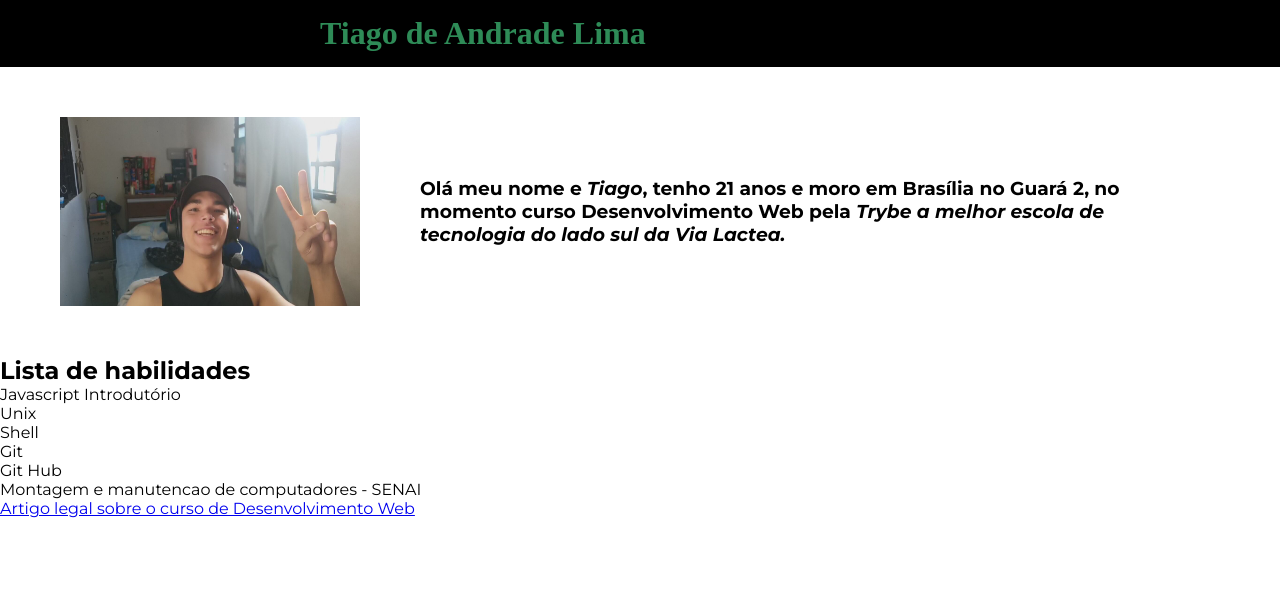
Repository: Batatiago/Batatiago.github.io
Page: index.html
An editor plug-in stored every save of this project. The page is shown before and after the next save, followed by the edit.
The browser window is 1280 px wide. The pictures show the whole page.

Above is the page before, as saved 2023-06-29 11:28:56.

### index.html
<!DOCTYPE html>
<html lang="pt-br">

<head>
  <meta charset="UTF-8">
  <title>Tiago de Andrade Lima</title>
  <link rel="preconnect" href="https://fonts.googleapis.com">
  <link rel="preconnect" href="https://fonts.gstatic.com" crossorigin>
  <link
    href="https://fonts.googleapis.com/css2?family=Montserrat:ital,wght@0,100;0,200;0,300;0,400;0,500;0,600;0,700;0,800;0,900;1,100;1,200;1,300;1,400;1,500;1,600;1,700;1,800;1,900&display=swap"
    rel="stylesheet">
  <link rel="stylesheet" href="style.css">
</head>

<body>
  <div class="header-container">
    <div class="header">
      <h1 class="meuNome"> Tiago de Andrade Lima</h1>
    </div>
  </div>
  <div class="resumo">
    <img id="foto" src="2023-06-23-160707.jpg" alt="Imagem de Tiago" width="300px">
    <h3 class="descricao">Olá meu nome e <strong><em>Tiago</em></strong>, tenho 21 anos e moro em Brasília no Guará 2, no
      momento curso Desenvolvimento
      Web pela <strong><em>Trybe a melhor escola de tecnologia do lado sul da Via Lactea.</em></strong></h3>
  </div>
  <div>
    <h2>Lista de habilidades</h2>
    <ul>
      <li class="javascript">Javascript Introdutório</li>
      <li class="unix">Unix</li>
      <li class="shell">Shell</li>
      <li class="git">Git</li>
      <li class="gitHub">Git Hub</li>
      <li>Montagem e manutencao de computadores - SENAI</li>
    </ul>
  </div>
  <a href="https://blog.betrybe.com/carreira/frontend/" target="_blank">Artigo legal sobre o curso de Desenvolvimento
    Web</a>
</body>

</html>

### style.css
* {
    margin: 0;
    padding: 0;
    border: 0;
}

body {
    font-family: 'Montserrat', sans-serif;
}

.header-container {
    background-color: black;
    color: seagreen;
}

.header {
    padding: 15px 10px;
    width: 50%;
    margin: auto;
    font-family: 'Times New Roman', Times, serif;
}

.resumo {
    display: inline-flex;
    margin: 50px 60px;
}

.resumo h3 {
    padding: 60px;
}

After the next save:
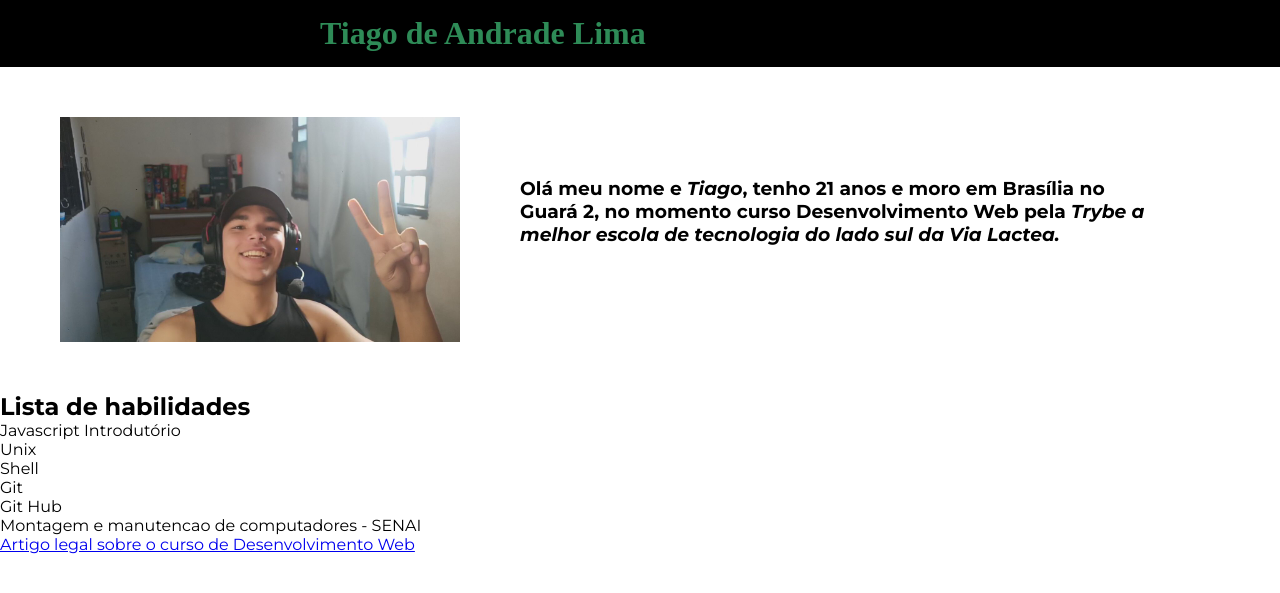
Saved 77 s later.
--- a/style.css
+++ b/style.css
@@ -28,3 +28,7 @@ body {
 .resumo h3 {
     padding: 60px;
 }
+
+#foto {
+    width: 400px;
+}
